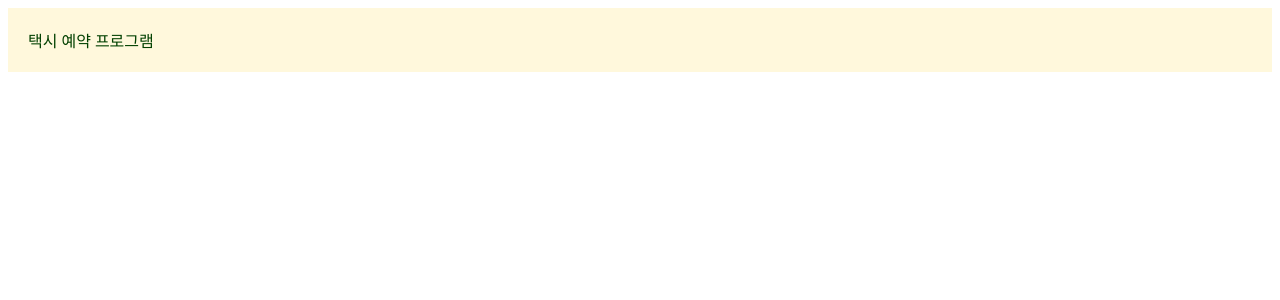
Repository: mvcfvsgdj/javaee
Page: http://localhost/prj0828/
The author's editor kept a copy of each file at every save. The page is drawn from the files as they stood at one save, then again after the next save.
The browser window is 1280 px wide. The pictures show the whole page.
The page is served by Tomcat 9. Other server files are loaded and not shown.

Above is the page before, as saved 2023-08-28 02:40:17.

### prj0828/src/main/webapp/index.jsp
<%@ page language="java" contentType="text/html; charset=UTF-8"
	pageEncoding="UTF-8"%>
<!DOCTYPE html>
<html>
<head>
<meta charset="UTF-8">
<title>Insert title here</title>

<link href="./css/index.css" rel="stylesheet" />
</head>
<style>

</style>
<body>

	<header> 택시 예약 프로그램 </header>

	<nav></nav>

	<section></section>

</body>
</html>

### prj0828/src/main/webapp/css/index.css
@charset "UTF-8";

header{
	padding: 20px;
	background-color:cornsilk;
	color:rgb(2, 64, 0);

}

After the next save:
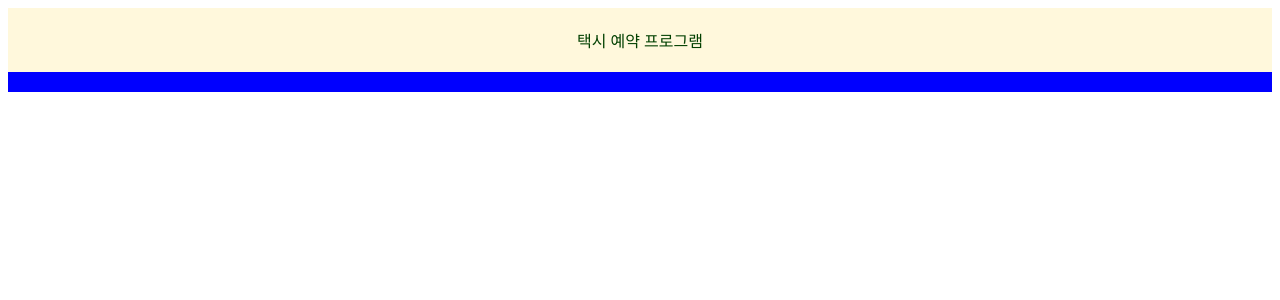
Saved 48 s later.
--- a/prj0828/src/main/webapp/css/index.css
+++ b/prj0828/src/main/webapp/css/index.css
@@ -4,5 +4,10 @@ header{
 	padding: 20px;
 	background-color:cornsilk;
 	color:rgb(2, 64, 0);
+	text-align: center;
 
 }
+nav{
+	padding: 10px;
+	background-color: blue;
+}
